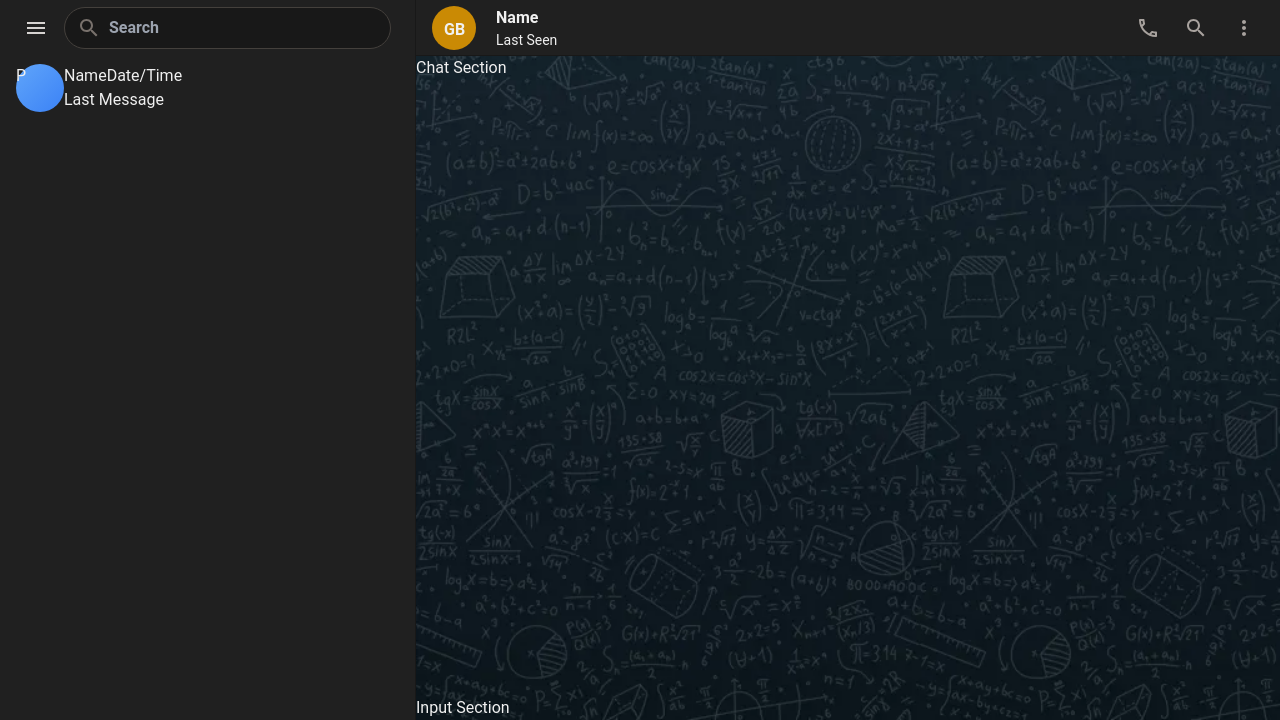
Repository: Qu4ntumGuy/telegram-clone
Page: /
These files come from the project's save history. The page is drawn as it stood at one moment and after the next save; the edit follows.
The browser window is 1280 px wide. The pictures show the whole page.
The page's requests for data from a server got no answer. The project was rebuilt for these pictures with package versions that can differ from the ones it lists, and the page was loaded fresh each time. No one was signed in, and anything a server would have sent is missing. Also part of the build but not shown: src/Pages/ChatPage.js/ChatPage.js.

Above is the page before, as saved 2024-07-15 13:45:39.

After the next save:
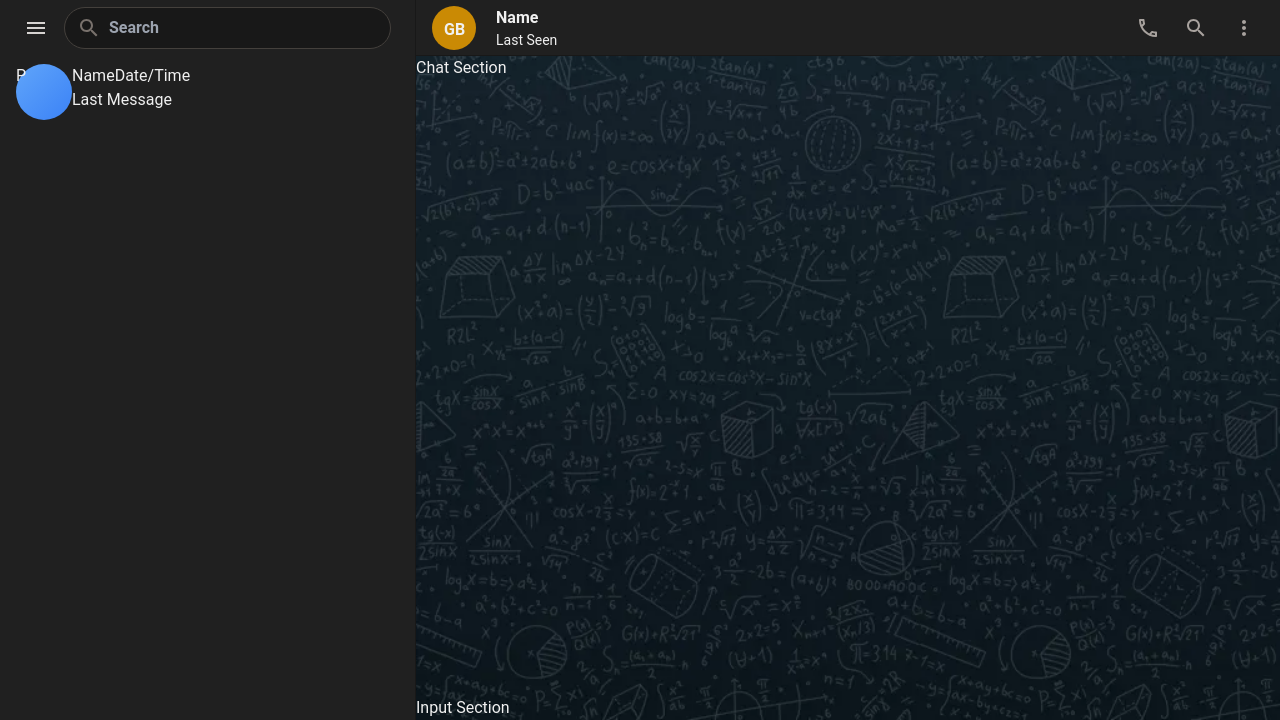
Saved 10 s later.
--- a/src/Components/Chat.js
+++ b/src/Components/Chat.js
@@ -3,7 +3,7 @@ import React from "react";
 function Chat({ name, profile }) {
   return (
     <div className="flex hover:bg-stone-700 hover:bg-opacity-30 p-2 mx-2 rounded-lg">
-      <div className=" bg-gradient-to-br from-blue-400 rounded-full w-12 h-12 to-blue-500">
+      <div className=" bg-gradient-to-br from-blue-400 rounded-full w-14 h-14 to-blue-500">
         P
       </div>
       <div className="flex flex-col">
